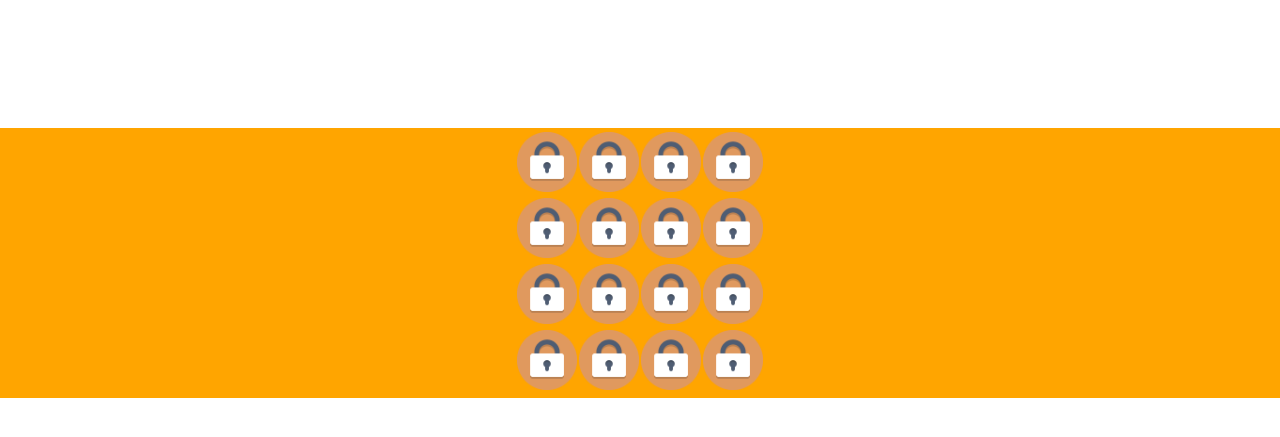
Repository: jb223cp/1dv403-laborationer
Page: 3-gameon/memory/index.html
The author's editor kept a record of every edit. The page is drawn from the files as they stood at one moment, then again after the next edit.
The browser window is 1280 px wide. The pictures show the whole page.

Above is the page before.

### 3-gameon/memory/index.html
<!DOCTYPE html>
<html lang="sv">
<head>
	<meta charset="UTF-8" />
	<link href='//fonts.googleapis.com/css?family=Bangers' rel='stylesheet' type='text/css'>
	<link rel="stylesheet" href="css/main.css" media="only screen and (min-width:768px)" />
	      <script src="script/random.js"></script>
    	  <script src="script/memory.js"></script>
 	<title>Memory</title>

</head>
    <body>
        <section id="container">
            <table id="board">

            </table>
        </section>
    </body>
</html>

### 3-gameon/memory/css/main.css
html, body, div, span, applet, object, iframe,
p, blockquote, pre,
a, abbr, acronym, address, big, cite, code,
del, dfn, em, img, ins, kbd, q, s, samp,
small, strike, strong, sub, sup, tt, var,
b, u, i, center, ol, ul, li,
fieldset, form, label, legend,
table, caption, tbody, tfoot, thead, tr, th, td,
article, aside, canvas, details, embed,
figure, figcaption, footer, header, hgroup,
menu, nav, output, ruby, section, summary,
time, mark, audio, video {
	margin: 0;
	padding: 0;
	border: 0;
	font-size: 100%;
	font: inherit;
	vertical-align: baseline;
}
/* HTML5 display-role reset for older browsers */

article, aside, details, figcaption, figure,
footer, header, hgroup, menu, nav, section {
	display: block;
}

section{
    margin-top:10%;
    background-color:orange;
    margin-left:auto;
    margin-right:auto;
}
table{

    margin-left:auto;
    margin-right:auto;
    border-style:solid;
    border-width:2px;
    border-color:orange;
}

td{
    width:60px;
    height:60px;
}
img{
    width:100%;
    height:100%;
}

### 3-gameon/memory/script/random.js
var RandomGenerator = {

	/*
		Denna metod tar antalet rader och columner som inparameter.

		Metoden returnerar en array inneh�llandes utslumpade tal mellan 1 och (rows*cols)/2. Varje tal representeras tv�
		g�nger och motsvarar s�ledes en spelbricka.

		I en 4*4 matris kan Arrayen t.ex. se ut s� h�r:
		[1,2,6,8,6,2,5,3,1,3,7,5,8,4,4,7]

		I en 2*4 matris kan Arrayen t.ex. se ut s� h�r:
		[3,4,4,1,2,1,2,3]
	*/

	getPictureArray: function(rows, cols)
	{
		var numberOfImages = rows*cols;
		var maxImageNumber = numberOfImages/2;

	   	var imgPlace = [];

	   //Utplacering av bilder i Array
	   for(var i=0; i<numberOfImages; i++)
		  imgPlace[i] = 0;

		for(var currentImageNumber=1; currentImageNumber<=maxImageNumber; currentImageNumber++)
		{
			var imageOneOK = false;
			var imageTwoOK = false;

			do
			{
				if(imageOneOK == false)
				{
					var randomOne = Math.floor( (Math.random() * (rows*cols-0) + 0) );

					if( imgPlace[randomOne] == 0 )
					{
						imgPlace[randomOne] = currentImageNumber;
						imageOneOK = true;
					}
				}

				if(imageTwoOK == false)
				{
					var randomTwo = Math.floor( (Math.random() * (rows*cols-0) + 0) );

					if( imgPlace[randomTwo] == 0 )
					{
						imgPlace[randomTwo] = currentImageNumber;
						imageTwoOK = true;
					}
				}
			}
			while(imageOneOK == false || imageTwoOK == false);
		}

		return imgPlace;
	}
}

### 3-gameon/memory/script/memory.js
"use strict";

var Memory = {

    squares:[],
    rows: 4,
    cols: 4,

    init: function(){



       Memory.squares = RandomGenerator.getPictureArray(Memory.rows, Memory.cols);

       console.log(Memory.squares);
       console.log(Memory.squares[0]);
       Memory.renderTable(4,4);

       return false;
    },

    renderTable: function(rows,cols){


        var table=document.getElementById("board");
        var placeHolder=0;


        var tableRow,imgTag,link,tableCol;
        for (var i=0; i<rows; ++i){

            tableRow = document.createElement("tr");
            table.appendChild(tableRow);

               for (var j=0; j<cols;++j){
                   tableCol=document.createElement("td");
                   imgTag =document.createElement("img");
                   link = document.createElement("a");
                   imgTag.setAttribute("src", "pics/0.png");
                   imgTag.setAttribute("alt", "?");
                   link.setAttribute("href", "#");
                   link.setAttribute("class", "link");
                   placeHolder=(((rows*(i+1))-rows)+j);

                   link.setAttribute("id", placeHolder);

                   tableRow.appendChild(tableCol);
                   tableCol.appendChild(link);
                   link.appendChild(imgTag);
               }
        }


        var picNumber=0;
        var unknown;
        var previousPosition;
        var previousNumber;
        var counter=1;
        var flag=true;

        var el=document.body.getElementsByClassName('link');
        for(var c=0;c<el.length;c++) {

               el[c].onclick = function(callback) {

                   unknown=this.id;
                   var isOdd = counter%2;

                   if(unknown===previousPosition && isOdd===0){
                       event.preventDefault();
                   }





                   picNumber=Memory.squares[this.id];

                   var current = document.getElementById(unknown);
                   var previous = document.getElementById(previousPosition);





                       if (isOdd===1){

                           current.firstChild.setAttribute("src", "pics/"+picNumber+".png");
                           /*current.setAttribute("onclick", "return false");*/
                           current.removeAttribute("href");

                       }
                       else{




                                   current.firstChild.setAttribute("src", "pics/"+picNumber+".png");
                                   /*current.setAttribute("onclick", "return false");*/


                                if (previousNumber===picNumber && unknown!=previousPosition){


                                   previous.firstChild.setAttribute("src", "pics/"+picNumber+".png");
                                   previous.setAttribute("onclick", "return false");
                                   current.setAttribute("onclick", "return false");

                                }
                                else{


                                    setTimeout(function () {

                                           current.firstChild.setAttribute("src", "pics/0.png");
                                           previous.firstChild.setAttribute("src", "pics/0.png");
                                           current.removeAttribute("onclick");
                                           previous.removeAttribute("onclick");
                                           previous.setAttribute("href", "#");
                                           /*current.firstChild.setAttribute("onclick", "return false");*/
                                           callback();
                                       }, 1000);

                                }


                       }




                       previousNumber=picNumber;
                       previousPosition=unknown;

                       counter++;
                       var queue=2;
                       queue=counter;


                       return false;

            }
        }

    }

};

window.onload = Memory.init;

After the next edit:
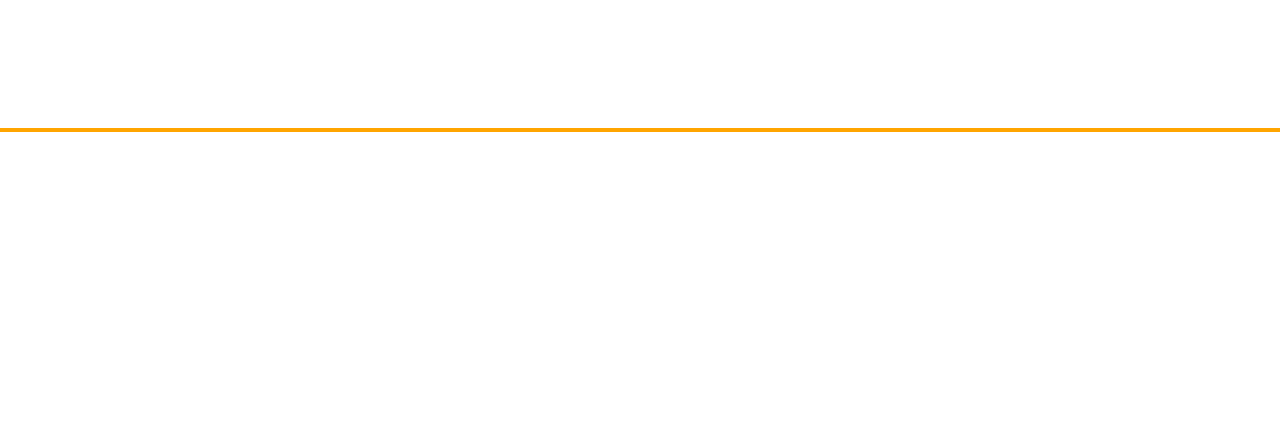
Console error: SyntaxError: Unexpected token ','
The edit:
--- a/3-gameon/memory/script/memory.js
+++ b/3-gameon/memory/script/memory.js
@@ -110,7 +110,7 @@ var Memory = {
                                 else{
 
 
-                                    setTimeout(function () {
+                                    /*setTimeout(function () {*/
 
                                            current.firstChild.setAttribute("src", "pics/0.png");
                                            previous.firstChild.setAttribute("src", "pics/0.png");

After the edit that followed:
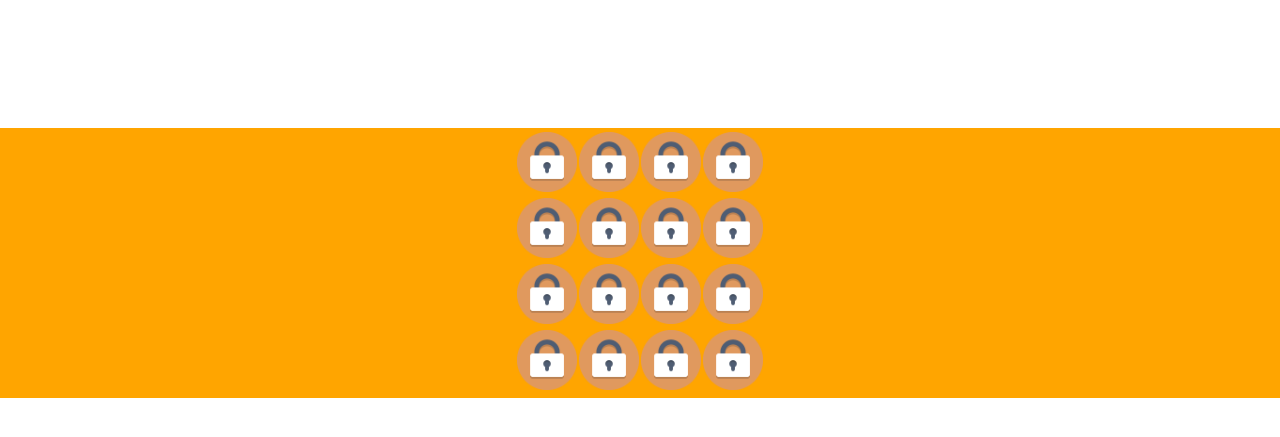
The error is gone.
The edit:
--- a/3-gameon/memory/script/memory.js
+++ b/3-gameon/memory/script/memory.js
@@ -119,7 +119,7 @@ var Memory = {
                                            previous.setAttribute("href", "#");
                                            /*current.firstChild.setAttribute("onclick", "return false");*/
                                            callback();
-                                       }, 1000);
+                                      /* }, 1000);*/
 
                                 }
 
